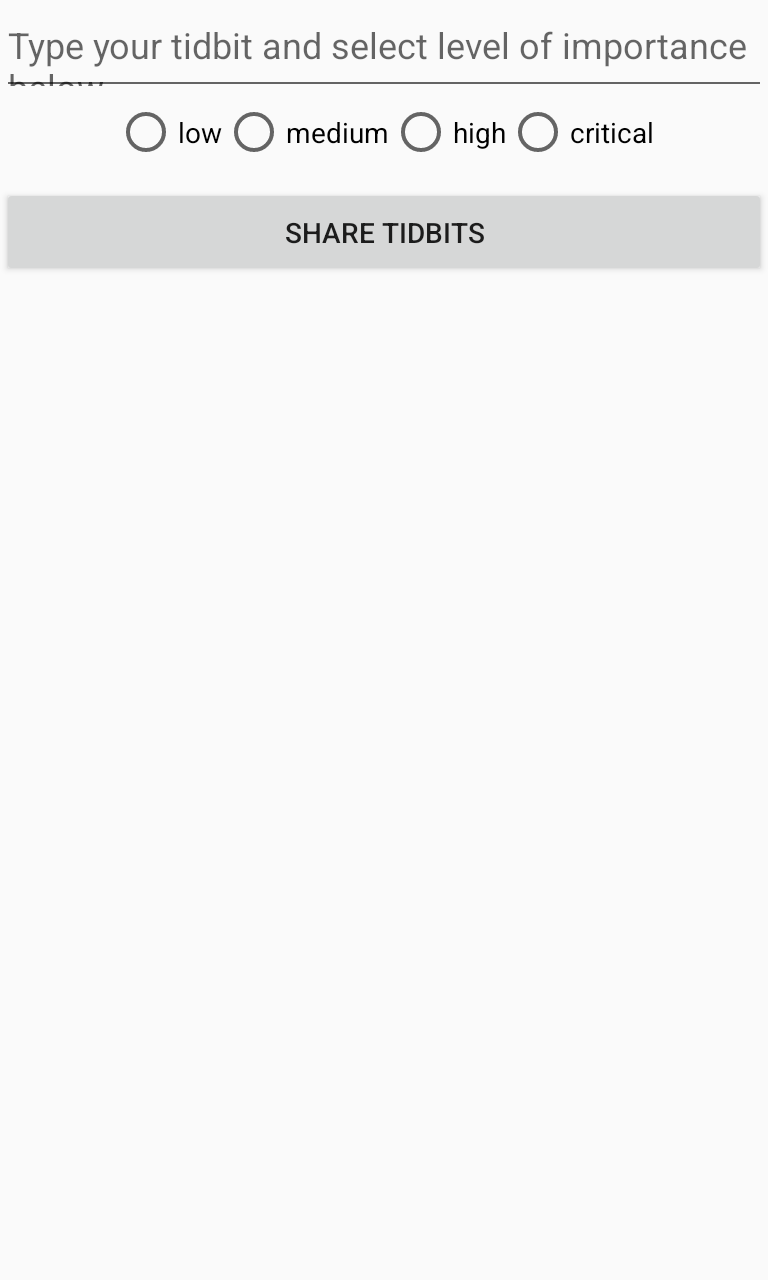
Repository: Pseudos/crowd-tidbits
Layout: crowd-tidbits/res/layout/share.xml
These files come from the project's save history. The layout is drawn as it stood at one moment and after the next save; the edit follows.
It is drawn on a 768 x 1280 px phone screen (xhdpi) without system bars, with theme AppTheme; the app's code is not run.

Above is the layout before, as saved 2015-09-29 17:09:08.

### crowd-tidbits/res/layout/share.xml
<?xml version="1.0" encoding="utf-8"?>
<LinearLayout xmlns:android="http://schemas.android.com/apk/res/android"
    android:layout_width="match_parent"
    android:layout_height="match_parent"
    android:orientation="vertical" >

     <EditText
         android:id="@+id/tidbit_msg"
         android:layout_width="fill_parent"
         android:layout_height="50dp"
         android:hint="Type your tidbit and select level of importance below."
         />

     <RadioGroup android:orientation="horizontal"
         android:layout_width="fill_parent"
         android:layout_height="wrap_content"
         android:gravity="center">

         <RadioButton
             android:id="@+id/low"
             android:layout_width="wrap_content"
             android:layout_height="wrap_content"
             android:text="low"/>

         <RadioButton
             android:id="@+id/medium"
             android:layout_width="wrap_content"
             android:layout_height="wrap_content"
             android:text="medium"/>

         <RadioButton
             android:id="@+id/high"
             android:layout_width="wrap_content"
             android:layout_height="wrap_content"
             android:text="high"/>

         <RadioButton
             android:id="@+id/critical"
             android:layout_width="wrap_content"
             android:layout_height="wrap_content"
             android:text="critical"/>

     </RadioGroup>

     <Button
        android:id="@+id/share_tidbits"
        android:layout_width="fill_parent"
        android:layout_height="wrap_content"
        android:layout_marginTop="10dp"
        android:paddingLeft="20dp"
        android:paddingRight="20dp"
        android:text="Share Tidbits"
      />

</LinearLayout>

Loaded but not shown: crowd-tidbits/res/values/styles.xml (common file); crowd-tidbits/res/values-v11/styles.xml (common file); crowd-tidbits/res/values-v14/styles.xml (common file)

After the next save:
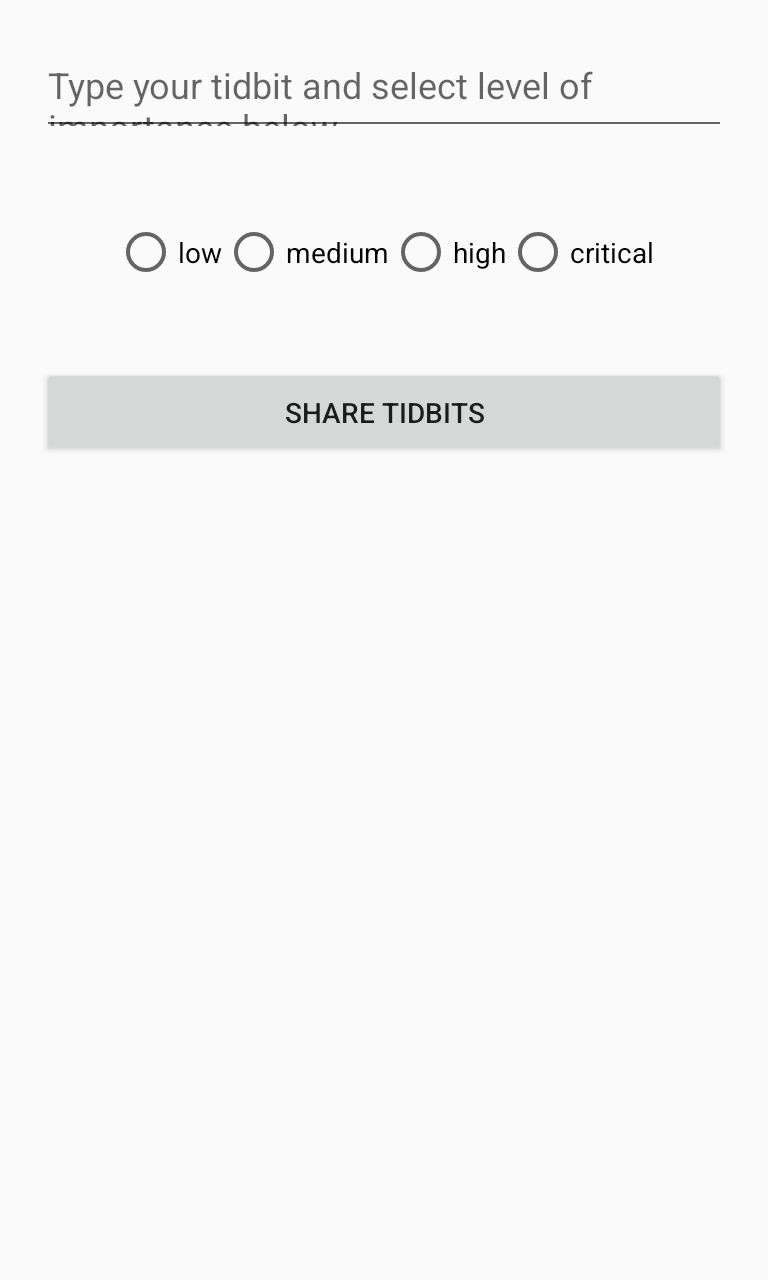
Saved 55 s later.
--- a/crowd-tidbits/res/layout/share.xml
+++ b/crowd-tidbits/res/layout/share.xml
@@ -9,12 +9,14 @@
          android:layout_width="fill_parent"
          android:layout_height="50dp"
          android:hint="Type your tidbit and select level of importance below."
+         android:layout_margin="20dp"
          />
 
      <RadioGroup android:orientation="horizontal"
          android:layout_width="fill_parent"
          android:layout_height="wrap_content"
-         android:gravity="center">
+         android:gravity="center"
+         android:layout_margin="20dp">
 
          <RadioButton
              android:id="@+id/low"
@@ -50,6 +52,7 @@
         android:paddingLeft="20dp"
         android:paddingRight="20dp"
         android:text="Share Tidbits"
+        android:layout_margin="20dp"
       />
 
 </LinearLayout>
